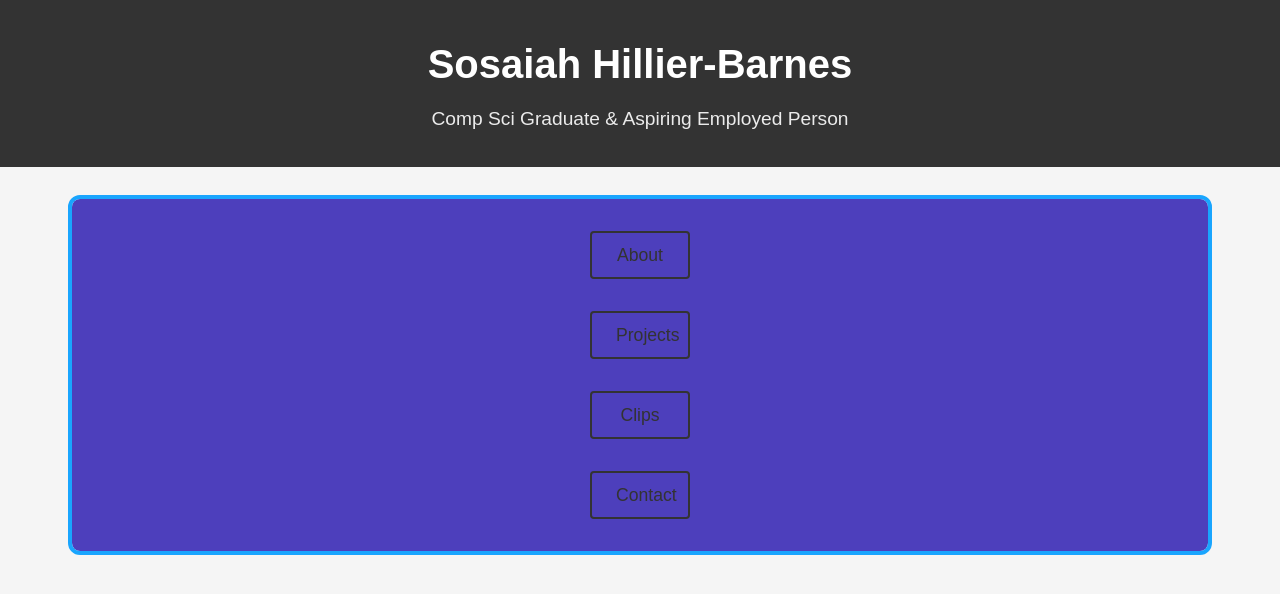
Repository: Hillier-Barnes/PortfolioWebsiteNew
Page: /
These files come from the project's save history. The page is drawn as it stood at one moment and after a run of saves; the edit follows.
The browser window is 1280 px wide. The pictures show the whole page.
The project was rebuilt for these pictures with package versions that can differ from the ones it lists, and the page was loaded fresh each time. Also part of the build but not shown: vite.config.js.

Above is the page before, as saved 2025-11-12 14:40:01.

### index.html
<!DOCTYPE html>
<html lang="en">
<head>
  <meta charset="UTF-8">
  <meta name="viewport" content="width=device-width, initial-scale=1">
  <title>My Portfolio</title>
  <link rel="stylesheet" href="styles.css">
</head>

<body>
  <header>
    <h1>Sosaiah Hillier-Barnes</h1>
    <p>Comp Sci Graduate &amp; Aspiring Employed Person</p>
  </header>

  <main class="container">
    <section class="projects" id="projects">
        <nav>
            <a href="#about">About</a>
            <a href="#projects">Projects</a>
            <a href="#clips">Clips</a>
            <a href="#contact">Contact</a>
          </nav>
    </section>
  </main>
</body>
</html>

### styles.css
/* Simple Reset */
* {
  margin: 0;
  padding: 0;
  box-sizing: border-box;
}

body {
  font-family: Arial, sans-serif;
  line-height: 1.6;
  color: #333;
  background-color: #f5f5f5;
}

/* Header */
header {
  background-color: #333;
  color: white;
  padding: 2rem;
  text-align: center;
}

header h1 {
  font-size: 2.5rem;
  margin-bottom: 0.5rem;
}

header p {
  font-size: 1.2rem;
  opacity: 0.9;
}

/* Container */
.container {
  max-width: 1200px;
  margin: 0 auto;
  padding: 2rem;
}

/* Navigation */
nav {
  display: flex;
  flex-direction: column;
  align-items: center;
  gap: 2rem;
  padding: 2rem;
  background-color: rgba(20, 0, 169, 0.74);
  border-radius: 8px;
  outline: 4px solid rgba(11, 161, 255, 0.936);
}


nav a {
  color: #333;
  text-decoration: none;
  font-size: 1.1rem;
  padding: 0.5rem 1.5rem;
  border: 2px solid #333;
  border-radius: 4px;
  transition: all 0.3s ease;
  flex: 1 1 0;
  text-align: center;
  min-width: 100px;
  max-width: 100px;
  box-sizing: border-box;
}

nav a:hover {
  background-color: #333;
  color: white;
}

/* Responsive */
@media (max-width: 768px) {
  header h1 {
    font-size: 2rem;
  }

  nav {
    flex-direction: column;
    gap: 1rem;
  }

  nav a {
    text-align: center;
  }
}

After the next 3 saves:
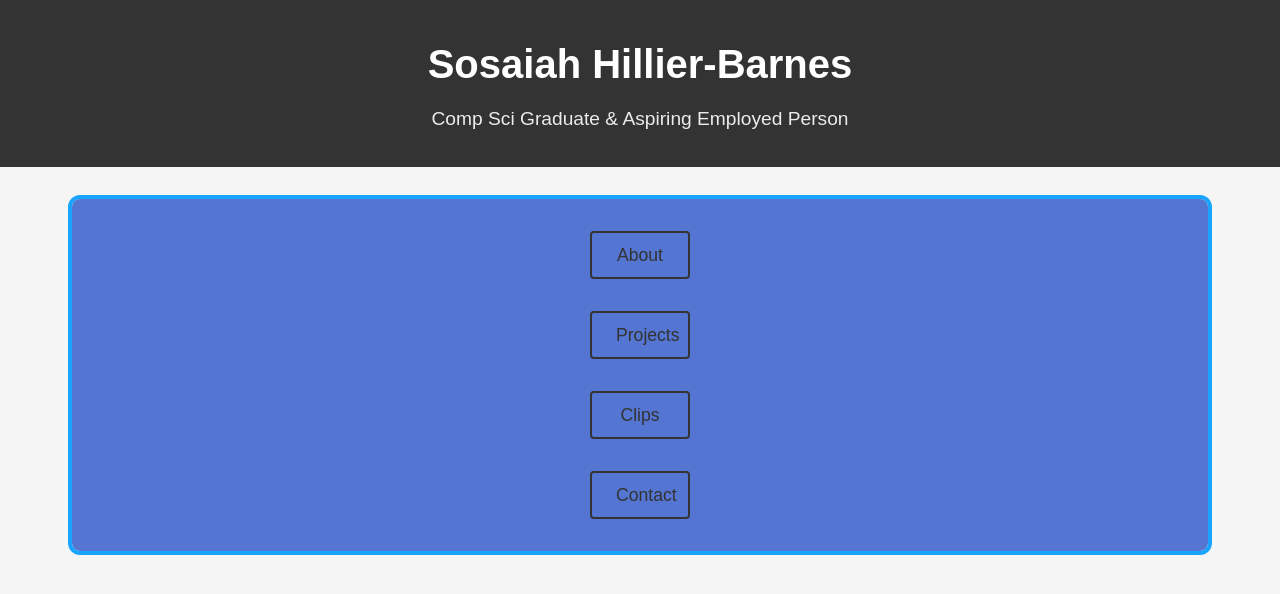
The 3 saves are shown as one change because they came seconds apart.
The last was saved 15 s later.
--- a/styles.css
+++ b/styles.css
@@ -44,7 +44,7 @@ nav {
   align-items: center;
   gap: 2rem;
   padding: 2rem;
-  background-color: rgba(20, 0, 169, 0.74);
+  background-color: rgba(18, 65, 195, 0.704);
   border-radius: 8px;
   outline: 4px solid rgba(11, 161, 255, 0.936);
 }
